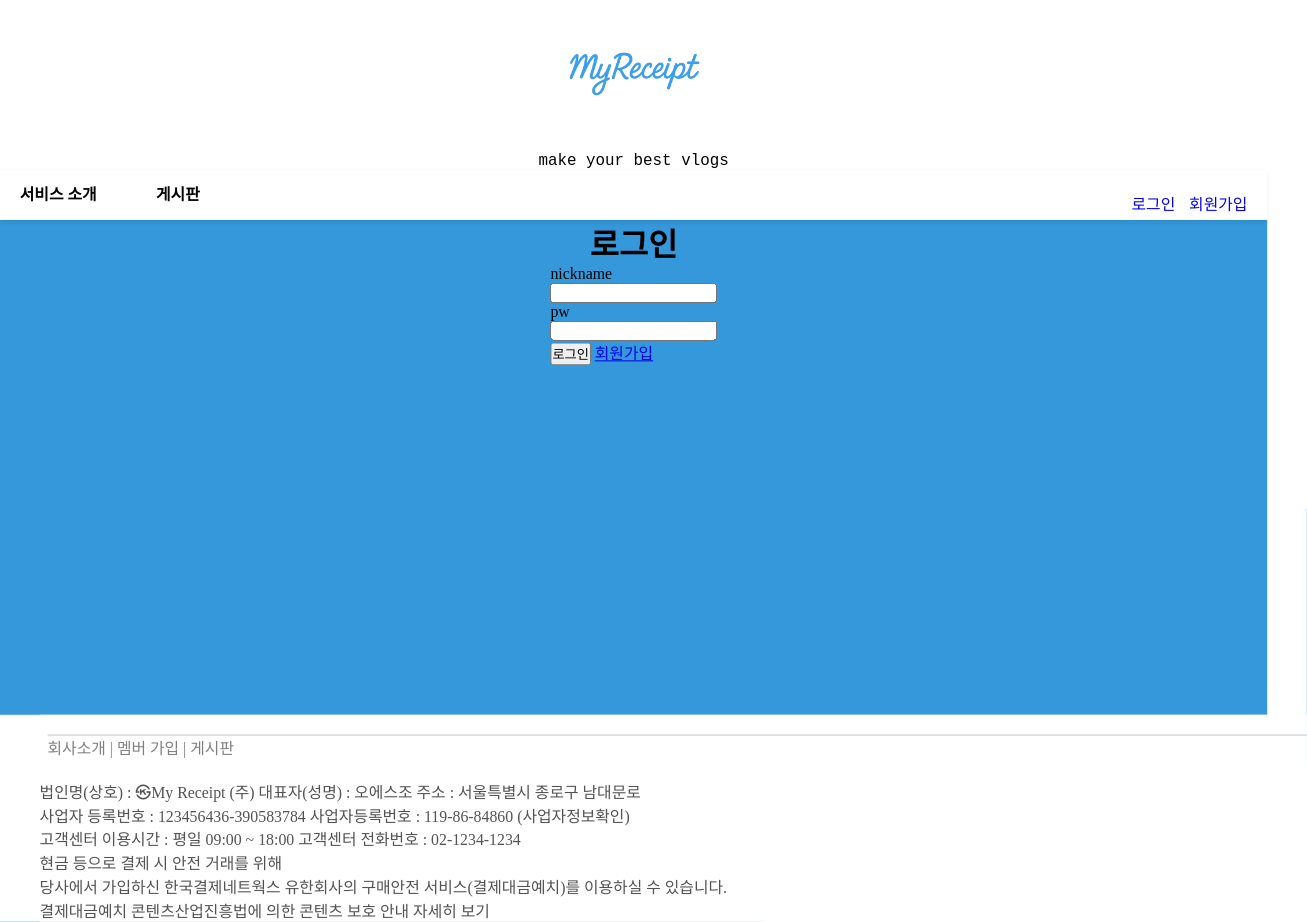
Repository: shong69/mini-project
Page: http://localhost/myReceipt2/login
The author's editor kept a copy of each file at every save. The page is drawn from the files as they stood at one save, then again after the next save.
The browser window is 1280 px wide. The page is 1320 px wide, so the pictures cover 1320 px, including what lies to the right of the window. The pictures show the whole page, at 99% of full size.
Some web fonts or font styles are not loaded; a fallback is used. The page is served by Tomcat 10. Other server files are loaded and not shown.

Above is the page before, as saved 2025-05-06 18:55:51.

### jspProject/myReceipt2/src/main/webapp/WEB-INF/views/login.jsp
<%@ page language="java" contentType="text/html; charset=UTF-8"
    pageEncoding="UTF-8"%>
<!DOCTYPE html>
<html>
<head>
<meta charset="UTF-8">
<title>Insert title here</title>
<link rel="stylesheet" type="text/css" href="resources/css/main.css">
</head>
<body>
	<jsp:include page="/WEB-INF/views/common/header.jsp"></jsp:include>

	<main>
		<h1>로그인</h1>
		<form action="login" method="post" class="login-form">
			<div>
				<p>nickname</p>
				<input type="text" name="inputId">
			</div>
			<div>
				<p>pw</p>
				<input type="password" name="inputPw">
			</div>

			<button>로그인</button>

			<a href="/myReceipt2/signup" class = "signup">회원가입</a>
		</form>
	</main>

	<jsp:include page="/WEB-INF/views/common/footer.jsp"></jsp:include>
</body>
</html>

### jspProject/myReceipt2/src/main/webapp/WEB-INF/views/common/header.jsp
<%@ page language="java" contentType="text/html; charset=UTF-8"
    pageEncoding="UTF-8"%>
<%@ taglib prefix="c" uri="http://java.sun.com/jsp/jstl/core" %>
	<div id="header">
		<a href="/myReceipt2/index"><img src="resources/imgs/logo.png" style="width:150px;"/></a>
		<p style="font-family: 'Courier New', Courier, monospace;">make your best vlogs</p>
	</div>
	<div id="nav-bar">
		<div id="menu">
			<a href="/myReceipt2/intro">서비스 소개</a>
			<a href="/myReceipt2/board">게시판</a>
		</div>
		<div id="loginSt">
			<c:choose>
				<c:when test="${not empty sessionScope.loginMember} ">
					<p>%{sessionScope.loginMember.nickName}님이 로그인 중</p>
					<a href="/myReceipt2/logout">로그아웃</a>

				</c:when>
				<c:otherwise>
					<a href="/myReceipt2/login">로그인</a>
					<a href="/myReceipt2/sign">회원가입</a>
				</c:otherwise>
			</c:choose>
		</div>

	</div>

### jspProject/myReceipt2/src/main/webapp/WEB-INF/views/common/footer.jsp
<%@ page language="java" contentType="text/html; charset=UTF-8"
    pageEncoding="UTF-8"%>
	<footer class="footer">
	    <section>
	        <div class="footer-nav">
	            <a href="/">회사소개 |</a>
	            <a href="/signup">멤버 가입 |</a>
	            <a href="/">게시판</a>
	        </div>
	    </section>
	    <section>
	        <div>
	            법인명(상호) : ㉿My Receipt (주) 대표자(성명) : 오에스조 주소 : 서울특별시 종로구 남대문로 <br>
	            사업자 등록번호 : 123456436-390583784  사업자등록번호 : 119-86-84860 (사업자정보확인)<br>
	            고객센터 이용시간 : 평일 09:00 ~ 18:00  고객센터 전화번호 : 02-1234-1234
	        </div>

	        <div>
	            현금 등으로 결제 시 안전 거래를 위해<br>
	            당사에서 가입하신 한국결제네트웍스 유한회사의 구매안전 서비스(결제대금예치)를 이용하실 수 있습니다.<br>
	            결제대금예치 콘텐츠산업진흥법에 의한 콘텐츠 보호 안내 자세히 보기
	        </div>
	    </section>
	</footer>

### jspProject/myReceipt2/src/main/java/com/project/jsp/controller/LoginController.java
package com.project.jsp.controller;

import java.io.IOException;

import com.project.jsp.model.domain.Member;
import com.project.jsp.model.service.MemberService;

import jakarta.servlet.ServletException;
import jakarta.servlet.http.HttpServlet;
import jakarta.servlet.http.HttpServletRequest;
import jakarta.servlet.http.HttpServletResponse;
import jakarta.servlet.http.HttpSession;

public class LoginController extends HttpServlet{
	@Override
	protected void doGet(HttpServletRequest req, HttpServletResponse resp) throws ServletException, IOException {
		req.getRequestDispatcher("/WEB-INF/views/login.jsp").forward(req, resp);
	}
	@Override
	protected void doPost(HttpServletRequest req, HttpServletResponse resp) throws ServletException, IOException {
		String inputId = req.getParameter("id");
		String inputPw = req.getParameter("pw");
		MemberService service = new MemberService();
		Member loginMember = service.login(inputId, inputPw);

		HttpSession session = req.getSession();
		if(loginMember != null) {
			session.setAttribute("loginMember", loginMember);
			session.setMaxInactiveInterval(60*60);
		}else {
			session.setAttribute("message", "로그인에 실패하였습니다.(id or password not correct)");
			resp.sendRedirect("/myReceipt2/login");
		}

	}
}

### jspProject/myReceipt2/src/main/webapp/resources/css/main.css
* {
	box-sizing: border-box;
	padding: 0;
	margin: 0;
	font-family: 'main';
}
/* 메인 폰트 */
@font-face {
	font-family: 'main';
	src:
		url('https://fastly.jsdelivr.net/gh/Project-Noonnu/noonfonts_2107@1.1/Pretendard-Regular.woff')
		format('woff');
	font-style: normal;
	font-weight: 400;
}

/*header*/
#header {
	width: 100%;
	text-align: center;
}

#header>div:first-child {
	margin-bottom: 15px;
}

#nav-bar {
	line-height: 50px;
	height: 50px;
	position: sticky;
	top: 0;
	left: 0;
	background-color: white;
	z-index: 1000;
	box-shadow: 0 2px 5px rgba(0, 0, 0, 0.1);
}

#loginSt {
	position: absolute;
	top: 10px;
	right: 20px;
}

#loginSt a {
	margin-left: 10px;
	color: blue;
	text-decoration: none;
}

#menu {
	display: flex;
	gap: 20px;
}

#menu a {
	text-decoration: none;
	color: black;
	font-weight: bold;
	padding: 0 20px;
	position: relative;
	overflow: hidden;
	transition: background-color 0.5s ease;
}

#menu a:hover {
	background-color: #335085;
	animation-duration: 2s;
	color: whitesmoke;
}

main {
	background-color: #3498db;
	display: flex;
	flex-direction: column;
	align-items: center;
	min-height:500px;
}

.section-title {
	font-size: 3.5rem;
	margin: 100px 0 70px 0;
}

#carousel {
	width: 90%;
	height: 300px;
	background-color: #ddd;
	margin-top: 20px;
}
/*footer*/
.footer {
	background-color: white;
	width: 100%;
	height: auto;
	display: flex;
	flex-direction: column;
	padding-top: 20px;
	margin: 0 40px;
}

.footer>section:first-child {
	border-top: 1px solid #c5c5c5;
	display: flex;
	flex-direction: row;
	margin-left: 8px;
}

.footer>section a {
	color: gray;
	text-decoration: none;
}

.footer>section:nth-child(2) {
	padding-top: 20px;
	color: rgb(83, 83, 83);
}

After the next save:
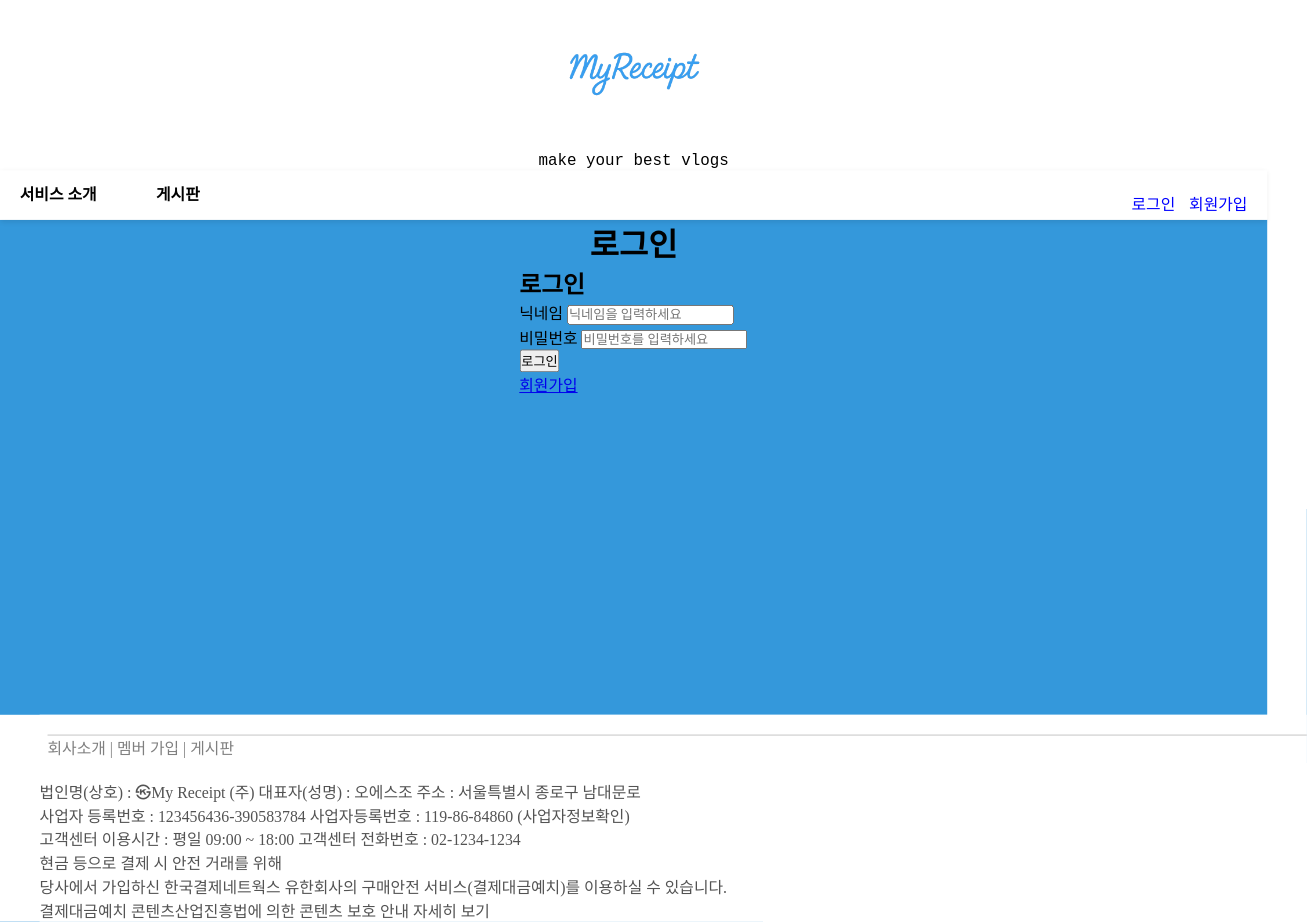
Saved 3 min 30 s later.
--- a/jspProject/myReceipt2/src/main/webapp/WEB-INF/views/login.jsp
+++ b/jspProject/myReceipt2/src/main/webapp/WEB-INF/views/login.jsp
@@ -13,19 +13,21 @@
 	<main>
 		<h1>로그인</h1>
 		<form action="login" method="post" class="login-form">
-			<div>
-				<p>nickname</p>
-				<input type="text" name="inputId">
-			</div>
-			<div>
-				<p>pw</p>
-				<input type="password" name="inputPw">
-			</div>
+		    <h2>로그인</h2>
+		    <div class="input-group">
+		        <label for="inputId">닉네임</label>
+		        <input type="text" name="inputId" id="inputId" placeholder="닉네임을 입력하세요" required>
+		    </div>
+		    <div class="input-group">
+		        <label for="inputPw">비밀번호</label>
+		        <input type="password" name="inputPw" id="inputPw" placeholder="비밀번호를 입력하세요" required>
+		    </div>
+		    <button type="submit">로그인</button>
+		    <div class="signup-link">
+		        <a href="/myReceipt2/signup">회원가입</a>
+		    </div>
+		</form>
 
-			<button>로그인</button>
-
-			<a href="/myReceipt2/signup" class = "signup">회원가입</a>
-		</form>
 	</main>
 
 	<jsp:include page="/WEB-INF/views/common/footer.jsp"></jsp:include>
